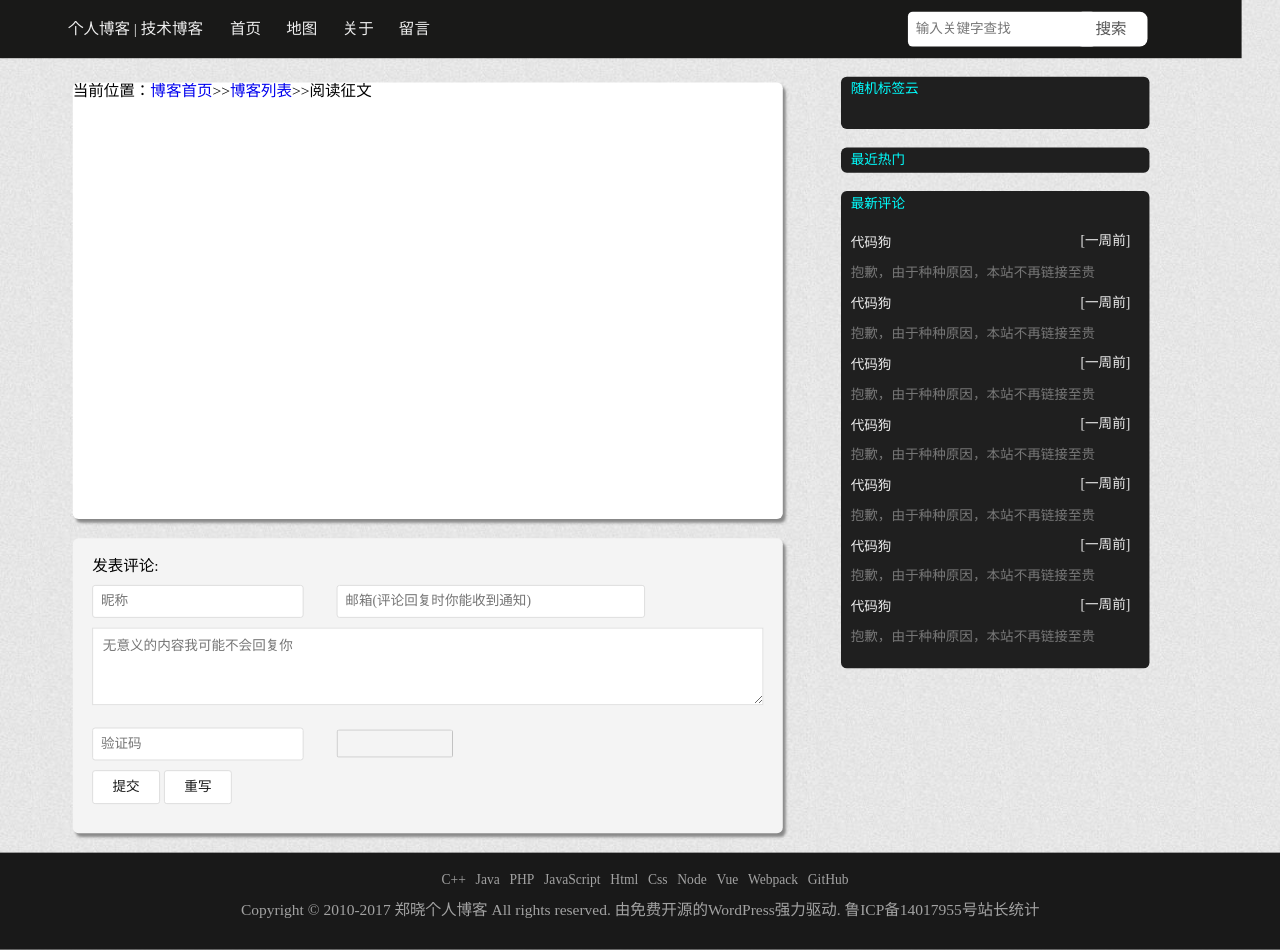
Repository: li1214/my_blog
Page: page/blog.html
These files come from the project's save history. The page is drawn as it stood at one moment and after a run of saves; the edit follows.
The browser window is 1280 px wide. The page is 1320 px wide, so the pictures cover 1320 px, including what lies to the right of the window. The pictures show the whole page, at 97% of full size.
The page's requests for data from a server got no answer.

Above is the page before, as saved 2019-01-09 10:22:27.

### page/blog.html
<!DOCTYPE html>
<html lang="en">

<head>
    <meta charset="UTF-8" />
    <meta name="viewport" content="width=device-width, initial-scale=1.0" />
    <meta http-equiv="X-UA-Compatible" content="ie=edge" />
    <title>个人博客</title>
    <link href="./css/base.css" rel="stylesheet" type="text/css" />
    <link href="./css/blog.css" rel="stylesheet" type="text/css" />
    <script src='./js/vue.js'></script>
    <script src='./js/axios.min.js'></script>
</head>

<body>
    <header>
        <div class="container">
            <a>个人博客 | 技术博客</a>
            <ul>
                <li><a href="">首页</a></li>
                <li><a href="">地图</a></li>
                <li><a href="">关于</a></li>
                <li><a href="">留言</a></li>
            </ul>
            <div class="search">
                <input type="text" placeholder="输入关键字查找" />
                <button>搜索</button>
            </div>
        </div>
    </header>
    <div class="content">
        <div class="content-left">
            <div class="blog">
                <div class='blog-head'>
                    <div>当前位置：<a href='./index.html'>博客首页</a>>><a href='./map.html'>博客列表</a>>>阅读征文</div>
                    <div></div>
                    <div></div>
                </div>
                <div class='blog-content'></div>
            </div>
            <div class='subly'>
                <form action="">
                    <span>发表评论:</span>
                    <div>
                        <input type="text" placeholder="昵称">
                        <input type="email" placeholder="邮箱(评论回复时你能收到通知)" style="width:300px;margin-left: 30px;">
                    </div>
                    <textarea placeholder="无意义的内容我可能不会回复你"></textarea>
                    <div>
                        <input type="text" placeholder="验证码">
                        <img class='codeimg' style='margin-left:30px'>
                    </div>
                    <div>
                        <button class='submit'>提交</button>
                        <button class='reset'>重写</button>
                    </div>
                </form>
            </div>
        </div>
        <div class="content-right" id='random_tags'>
            <div class="right-box">
                <h4 :style='{color:color}'>随机标签云</h4>
                <div class="contents">
                    <a v-for='tag in tags' v-bind:style='{color:randomColor(),fontSize:randomSize()}'>{{tag.tag}}</a>
                </div>
            </div>
            <div class="right-box" style="padding-bottom: 0;">
                <h4 :style='{color:color}'>最近热门</h4>
                {{msg}}
                <div class="contents">
                    <ul class="list-group">
                        <li class="list-group-item" v-for='item in hots' :key='item.id'>
                            <a :href="item.link">{{item.title}}</a>
                        </li>

                    </ul>
                </div>
            </div>
            <div class="right-box">
                <h4 :style='{color:color}'>最新评论</h4>
                <div class="contents">
                    <div class='item' v-for='item in comments'>
                        <div class='item-title'>
                            <span>{{item.name}}</span>
                            <span class='spanr'>[{{item.date}}]</span>
                        </div>
                        <p class='item-comtebt'>
                            {{item.text}}
                        </p>
                    </div>

                </div>
            </div>
        </div>
    </div>
    <footer>
        <ul>
            <li>C++</li>
            <li>Java</li>
            <li>PHP</li>
            <li>JavaScript</li>
            <li>Html</li>
            <li>Css</li>
            <li>Node</li>
            <li>Vue</li>
            <li>Webpack</li>
            <li>GitHub</li>
        </ul>
        <p>Copyright © 2010-2017 郑晓个人博客 All rights reserved. 由免费开源的WordPress强力驱动. 鲁ICP备14017955号站长统计</p>
    </footer>
    <script src='./js/base.js'></script>
</body>

</html>

### page/css/base.css
html {line-height: 1.15; /* 1 */-webkit-text-size-adjust: 100%; /* 2 */}
body {margin: 0;}
@font-face{
    font-family: 'myicon';
    src: url('../font/glyphicons-halflings-regular.woff2')
}
ul{padding: 0}
main {
  display: block;
}
h1 {
  font-size: 2em;
  margin: 0.67em 0;
}
hr {
  box-sizing: content-box; /* 1 */
  height: 0; /* 1 */
  overflow: visible; /* 2 */
}
pre {
  font-family: monospace, monospace; /* 1 */
  font-size: 1em; /* 2 */
}
a {
  background-color: transparent;
}
abbr[title] {
  border-bottom: none; /* 1 */
  text-decoration: underline; /* 2 */
  text-decoration: underline dotted; /* 2 */
}
b,
strong {
  font-weight: bolder;
}
code,
kbd,
samp {
  font-family: monospace, monospace; /* 1 */
  font-size: 1em; /* 2 */
}
small {
  font-size: 80%;
}
sub,
sup {
  font-size: 75%;
  line-height: 0;
  position: relative;
  vertical-align: baseline;
}
sub {
  bottom: -0.25em;
}
sup {
  top: -0.5em;
}
img {
  border-style: none;
}
button,
input,
optgroup,
select,
textarea {
  font-family: inherit; /* 1 */
  font-size: 100%; /* 1 */
  line-height: 1.15; /* 1 */
  margin: 0; /* 2 */
}
button,
input { /* 1 */
  overflow: visible;
}
button,
select { /* 1 */
  text-transform: none;
}
button,
[type="button"],
[type="reset"],
[type="submit"] {
  -webkit-appearance: button;
}
button::-moz-focus-inner,
[type="button"]::-moz-focus-inner,
[type="reset"]::-moz-focus-inner,
[type="submit"]::-moz-focus-inner {
  border-style: none;
  padding: 0;
}
button:-moz-focusring,
[type="button"]:-moz-focusring,
[type="reset"]:-moz-focusring,
[type="submit"]:-moz-focusring {
  outline: 1px dotted ButtonText;
}
fieldset {
  padding: 0.35em 0.75em 0.625em;
}
legend {
  box-sizing: border-box; /* 1 */
  color: inherit; /* 2 */
  display: table; /* 1 */
  max-width: 100%; /* 1 */
  padding: 0; /* 3 */
  white-space: normal; /* 1 */
}
progress {
  vertical-align: baseline;
}
textarea {
  overflow: auto;
}

[type="checkbox"],
[type="radio"] {
  box-sizing: border-box; /* 1 */
  padding: 0; /* 2 */
}
[type="number"]::-webkit-inner-spin-button,
[type="number"]::-webkit-outer-spin-button {
  height: auto;
}

[type="search"] {
  -webkit-appearance: textfield; /* 1 */
  outline-offset: -2px; /* 2 */
}

[type="search"]::-webkit-search-decoration {
  -webkit-appearance: none;
}
::-webkit-file-upload-button {
  -webkit-appearance: button; /* 1 */
  font: inherit; /* 2 */
}
details {
  display: block;
}
summary {
  display: list-item;
}
template {
  display: none;
}
[hidden] {
  display: none;
}
a{text-decoration: none;}
/* ========================================================== css reset ========================================================== */

body {
    width: 100%;
    height: 100%;
    background-image: url(../image/bg.jpg);
    background-repeat: repeat;
    overflow-x: hidden;
}

header{
    width: 100%;
    height: 60px;
    background-color: #191918;
}
header .container {
    width:1170px;
    height: 100%;
    margin: 0 auto;
}
header .container>a{
    display: block;
    float: left;
    color: #eee;
    line-height: 60px;
    margin: 0 15px;
    font-size: 16px;
}
header .container>ul{
    float: left;
    margin: 0;
    padding: 0;
}
header .container>ul>li{
    display: inline-block;
    float: left;
}
header .container>ul>li a{
    color: #eee;
    display: inline-block;
    height: 60px;
    width: 58px;
    line-height: 60px;
    text-align: center;
}
header .container .search{
    float: right;
    height: 100%;
    position: relative;
    right: 117px;
}
header .container .search>input{
    display: inline-block;
    position: absolute;
    height: 26px;
    padding: 5px 8px;
    border-radius: 5px;
    border:none;
    outline: none;
    font-size: 14px;
    margin-top: 12px;
    left: -172px;
}
header .container .search > button{
    outline: none;
    display: inline-block;
    position: absolute;
    width: 75px;
    height: 36px;
    padding: 5px 10px;
    border-radius: 8px;
    margin-top: 12px;
    cursor: pointer;
    color: #555;
    background-color: white;
    border: none;
}
/* ============================================================== header end ===================================================================== */
.content {
    width: 1170px;
    margin: 0 auto;
    position: relative;
    overflow: hidden;
}
.content .content-left{
    float: left;
    width: 66%;
    box-sizing: border-box;
    padding: 0 20px;
}
.content .content-right{
    float: right;
    width: 34%;
    box-sizing: border-box;
}
.right-box{
    background-color: #1f1f1f;
    margin-top: 20px;
    width: 80%;
    margin: 0 auto;
    box-sizing: border-box;
    border-radius: 6px;
    padding-bottom: 10px;
}
.right-box>h4 {
    color: #f4f4f4;
    font-weight: normal;
    padding: 5px 10px;
    font-size: 14px;
}
.right-box .contents{
    color: #eee;
    padding: 0 10px 0px 10px;
}
/* .right-box .contents a::after{
    display: block;
    content: '';
    overflow: hidden;
    clear: both;
    position: absolute;
} */
.right-box .contents>a{
    display: inline-block;
}
.right-box .contents li{
    width: 100%;
    list-style: none;
    white-space:nowrap;
    overflow: hidden;
   text-overflow: ellipsis;
    border-top:1px solid #555;
}
.right-box .contents li a{
    font-size: 14px;
    display: inline-block;
    color: #eee;
    padding: 10px 0;
    transition: color 0.5s;
}
.right-box .contents li a:hover{
  color: #337ab7;
}
.right-box .item .item-title{position: relative;}
.right-box .item .item-title span{display: inline-block;font-size: 14px;font-weight: normal;}
.right-box .item .item-title span.spanr{
    position: absolute;
    right: 10px;
}
.right-box .item > p{color: #777;font-size: 14px;transition: color 0.5s;cursor: pointer;}
.right-box .item > p:hover{color: #337ab7}


/* =====================================================================  footer start ================================================================= */

footer{
    width: 100%;
    height: 60px;
    background: #191919;
    text-align: center;
    padding: 20px;
}
footer ul{
    display: inline-block;
    margin:  0 auto;
    text-align: center;
}
footer ul li{
    display: inline-block;
    color: #a2a2a2;
    float: left;
    font-size: 14px;
    margin-left: 10px;
    cursor: pointer;
    text-align: center;
}
footer p {
    margin-top: 10px;
    color: #a2a2a2;
}
/* ================================================================= 发布留言的样式 ================================================================== */
.subly{
  width: 100%;
  box-sizing: border-box;
  padding: 20px;
  margin-bottom: 20px;
  box-sizing: border-box;
  box-shadow: 3px 4px 3px #888;
  margin-top: 20px;
  background-color: #f4f4f4;
  border-radius: 6px;
}
.subly input{
  border-radius: 3px;
  padding: 8px 8px;
  outline: none;
  border:1px solid #ddd;
  font-size: 14px;
  width: 200px;;
}
.subly button{
  background-color: #fff;
  color: #191919;
  padding: 8px 20px;
  outline: none;
  border: 1px solid #ddd;
  border-radius: 3px;
  font-size: 14px;
  cursor: pointer;
  transition: color 0.5s;
}
.subly button:hover{background-color: #ddd;}
.subly textarea{
  display: inline-block;
  width: 100%;
  box-sizing: border-box;
  min-height: 80px;
  border:1px solid #ddd;
  padding: 10px;
  font-size: 14px;
}
.subly > form > div{
  margin: 10px 0;
}
.subly .codeimg{
    width: 120px;
    height: 29.5px;
    position: relative;
    top: 10px;
    border-radius: 3px;
}

### page/css/blog.css
.blog{
    background-color: white;
    text-align: left;
    width: 100%;
    border-radius: 6px;
    box-sizing: border-box;
    box-shadow: 3px 4px 3px #888;
    margin-top: 25px;
    min-height: 450px;
}

### page/js/base.js
var randomTags = new Vue({
  el: "#random_tags",
  data() {
    return {
      tags: [],
      hots: [],
      comments: [
        {
          id: 1,
          name: "代码狗",
          text: "抱歉，由于种种原因，本站不再链接至贵",
          date: "一周前"
        },
        {
          id: 2,
          name: "代码狗",
          text: "抱歉，由于种种原因，本站不再链接至贵",
          date: "一周前"
        },
        {
          id: 3,
          name: "代码狗",
          text: "抱歉，由于种种原因，本站不再链接至贵",
          date: "一周前"
        },
        {
          id: 4,
          name: "代码狗",
          text: "抱歉，由于种种原因，本站不再链接至贵",
          date: "一周前"
        },
        {
          id: 5,
          name: "代码狗",
          text: "抱歉，由于种种原因，本站不再链接至贵",
          date: "一周前"
        },
        {
          id: 6,
          name: "代码狗",
          text: "抱歉，由于种种原因，本站不再链接至贵",
          date: "一周前"
        },
        {
          id: 7,
          name: "代码狗",
          text: "抱歉，由于种种原因，本站不再链接至贵",
          date: "一周前"
        }
      ],
      c_a: 0,
      color: "rgb(0,255,255)",
      timer: null
    };
  },
  created() {
    this.getHots();
    this.getTags();
  },
  computed: {
    randomColor() {
      return function() {
        var red = Math.random() * 255 + 50;
        var green = Math.random() * 255 + 50;
        var blue = Math.random() * 255 + 50;
        var a = Math.random();
        return "rgba(" + red + " ," + green + "," + blue + ")";
      };
    },
    randomSize() {
      return function() {
        return Math.random() * 20 + 12 + "px";
      };
    }
  },
  methods: {
    getHots () {
      axios.get("/getHotBlog").then(res => {
        if (res.status == 200) {
          var data = res.data.data;
          for (var i in data) {
            data[i]['link'] = './blog.html?id=' + data[i]['id']
          }
          this.hots = data;
        }
      });
    },
    getTags () {
      axios.get("/selectRandomTag").then(res => {
        if (res.status == 200) {
          this.tags = res.data.data
        }
      });
    },
    changeColor() {
      this.c_a += 10;
      if (this.c_a > 255) {
        this.c_a = 0;
      }
      this.color = `rgba(${this.c_a},255,255)`;
    }
  }
});

Loaded but not shown: page/js/vue.js (library); page/js/axios.min.js (library)

After the next 2 saves:
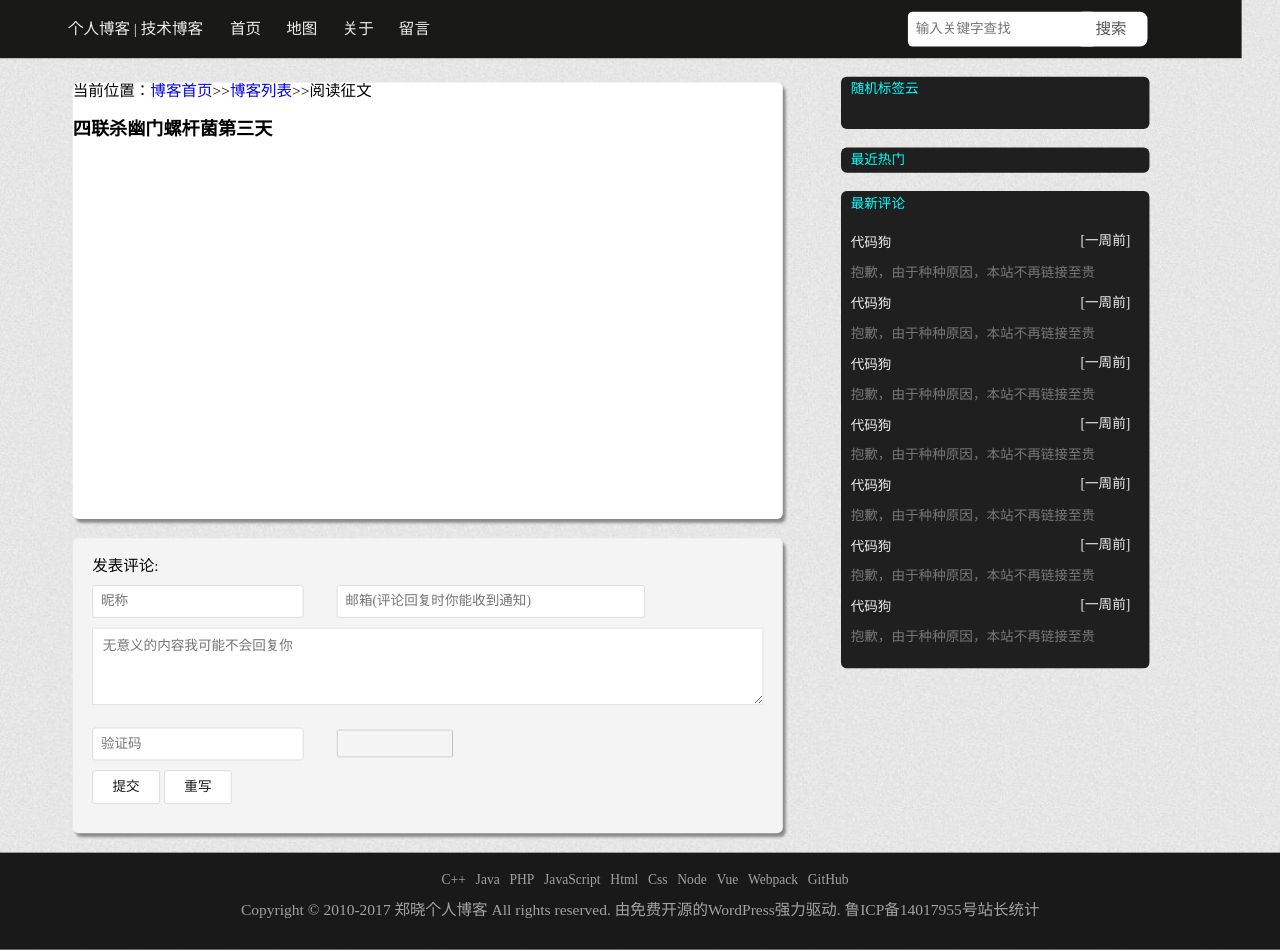
The 2 saves are shown as one change because they came seconds apart.
The last was saved 23 s later.
--- a/page/blog.html
+++ b/page/blog.html
@@ -33,7 +33,7 @@
             <div class="blog">
                 <div class='blog-head'>
                     <div>当前位置：<a href='./index.html'>博客首页</a>>><a href='./map.html'>博客列表</a>>>阅读征文</div>
-                    <div></div>
+                    <h3>四联杀幽门螺杆菌第三天</h3>
                     <div></div>
                 </div>
                 <div class='blog-content'></div>
